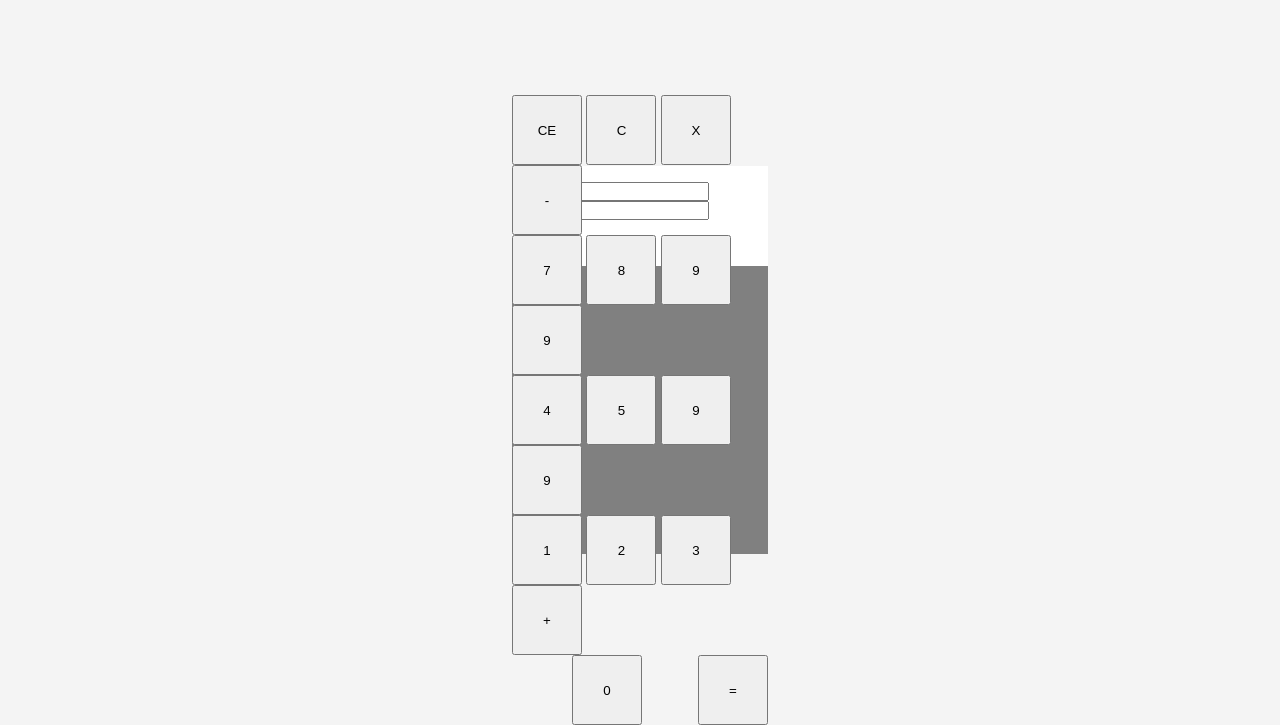
Repository: DNature/calc
Page: index.html
An editor plug-in stored every save of this project. The page is shown before and after the next save, followed by the edit.
The browser window is 1280 px wide. The pictures show the whole page.

Above is the page before, as saved 2019-11-20 23:53:42.

### index.html
<!DOCTYPE html>
<html lang="en">
  <head>
    <meta charset="UTF-8" />
    <meta name="viewport" content="width=device-width, initial-scale=1.0" />
    <meta http-equiv="X-UA-Compatible" content="ie=edge" />
    <link rel="stylesheet" href="css/style.css" />
    <title>Calculator</title>
  </head>
  <body>
    <div class="calculator">
      <div class="output">
        <input type="number" id="subField" />
        <input type="number" id="mainField" />
      </div>

      <div class="inputs">
        <div class="row">
          <button id="" class="button">CE</button>
          <button id="" class="button">C</button>
          <button id="" class="button">X</button>
          <button id="" class="button">-</button>
        </div>
        <div class="row">
          <button id="" class="button">7</button>
          <button id="" class="button">8</button>
          <button id="" class="button">9</button>
          <button id="" class="button">9</button>
        </div>
        <div class="row">
          <button id="" class="button">4</button>
          <button id="" class="button">5</button>
          <button id="" class="button">9</button>
          <button id="" class="button">9</button>
        </div>
        <div class="row">
          <button id="" class="button">1</button>
          <button id="" class="button">2</button>
          <button id="" class="button">3</button>
          <button id="" class="button plus">+</button>
        </div>
        <div class="row equal">
          <button id="" class="button">0</button>
          <button id="" class="button">=</button>
        </div>
      </div>
    </div>
    <script src="./js/index.js"></script>
  </body>
</html>

### css/style.css
* {
  margin: 0;
  padding: 0;
  box-sizing: border-box;
}

body {
  font-family: Arial, Helvetica, sans-serif;
  background: #f4f4f4;
  height: 100vh;
  width: 100vw;
  display: grid;
  place-content: center;
}

.calculator {
  width: 20vw;
  background: white;
  display: grid;
  place-content: center;

  border-radius: 5px;
}

.output {
  height: 100px;
  padding: 1rem;
  background: white;
}

.inputs {
  background: grey;
  display: grid;
  place-content: center;
  height: 40vh;
}

.button {
  width: 70px;
  height: 70px;
}

.equal {
  display: flex;
  justify-content: space-between;
}

.equal :first-child {
  margin-left: 60px;
}

Loaded but not shown: js/index.js (no stored copy; drawn as an empty file)

After the next save:
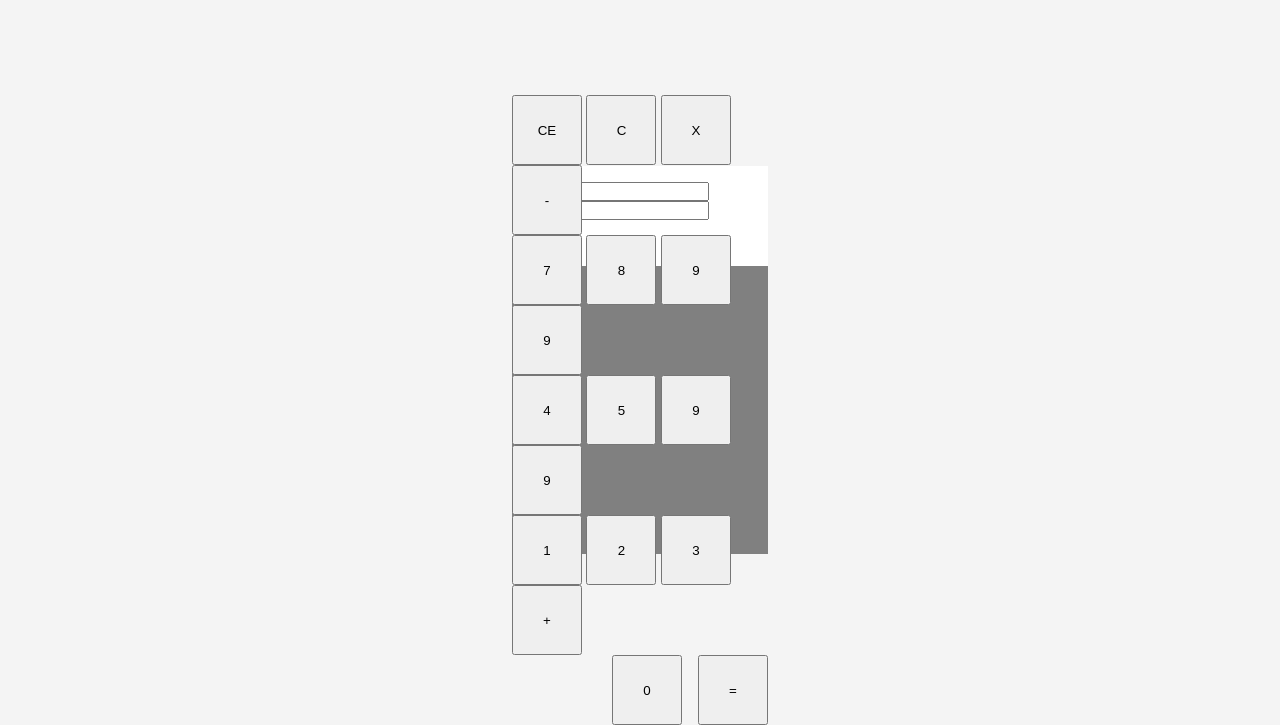
Saved 6 s later.
--- a/css/style.css
+++ b/css/style.css
@@ -46,5 +46,5 @@
 }
 
 .equal :first-child {
-  margin-left: 60px;
+  margin-left: 100px;
 }
